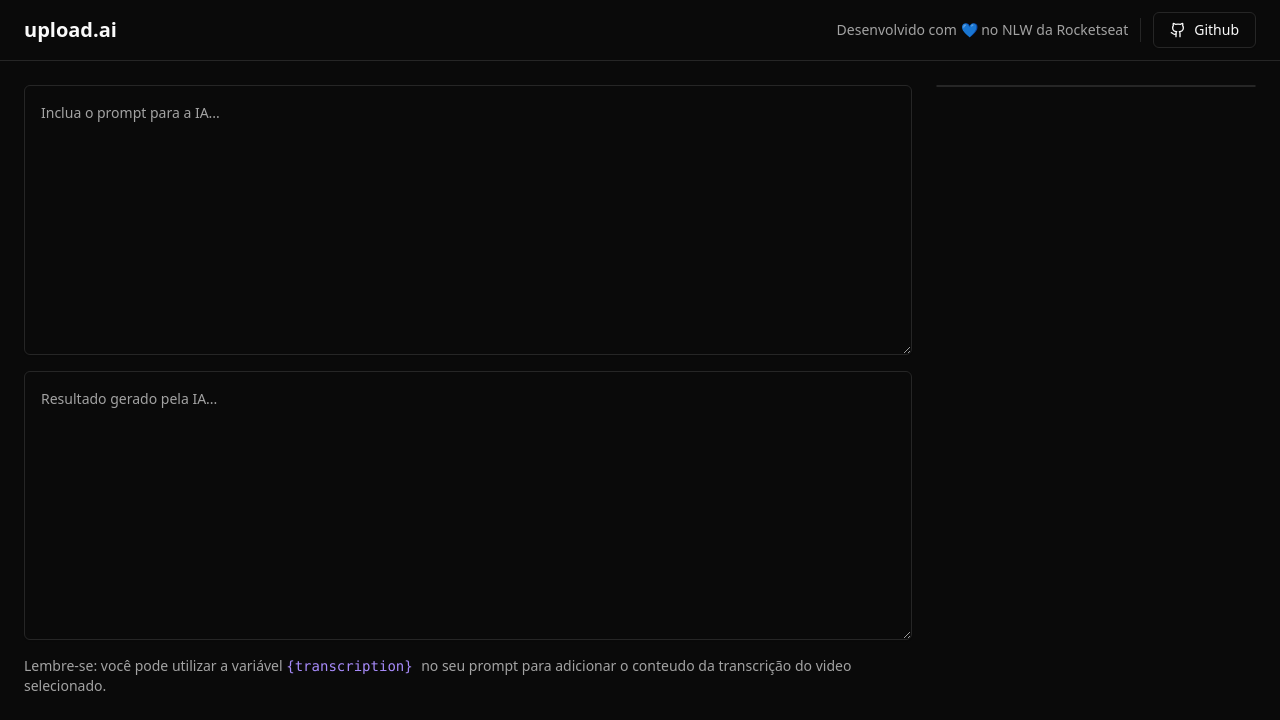
Repository: ricardolimati/upload-ai-web
Page: /
The author's editor kept a copy of each file at every save. The page is drawn from the files as they stood at one save, then again after the next save.
The browser window is 1280 px wide. The pictures show the whole page.
The project was rebuilt for these pictures with package versions that can differ from the ones it lists, and the page was loaded fresh each time. Also part of the build but not shown: vite.config.ts.

Above is the page before, as saved 2023-09-11 23:41:46.

### src/App.tsx
import {Github} from 'lucide-react'
import { Button } from "./components/ui/button";
import { Separator } from './components/ui/separator';
import { Textarea } from './components/ui/textarea';

export function App() {
  return(
   <div className="min-h-screen flex flex-col">
    <div className="px-6 py-3 flex items-center justify-between border-b">
      <h1 className="text-xl font-bold">upload.ai</h1>
      <div className="flex items-center gap-3">
        <span className="text-sm text-muted-foreground">
          Desenvolvido com 💙 no NLW da Rocketseat</span>
          <Separator orientation='vertical' className='h-6' />
        <Button variant="outline">
          <Github className="w-4 h-4 mr-2" />Github
        </Button>
      </div>
    </div>

    <main className="flex-1 p-6 flex gap-6">
      <div className="flex flex-col flex-1 gap-4">
        <div className="grid grid-rows-2 gap-4 flex-1">
          <Textarea
          className="resize-nome p-4 leading-relaxed"
          placeholder="Inclua o prompt para a IA..."
          />
          <Textarea
          className="resize-nome p-4 leading-relaxed"
          placeholder="Resultado gerado pela IA..."
          readOnly
           />
        </div>

        <p className="text-sm text-muted-foreground">
          Lembre-se: você pode utilizar a variável <code className="text-violet-400">{'{transcription}'} </code>
           no seu prompt para adicionar o conteudo da transcrição
          do video selecionado.</p>
      </div>
      <aside className="w-80 space-y-6">
        <form className="space-y-6" action="" method="post">
          <label
          htmlFor="video"
          className="border flex rounded-md"
          ></label>
          <input type="file" id="video" accept="video/mp4" className="sr-only"/>
        </form>
      </aside>
    </main>
   </div>
  )
}

### src/index.css
@tailwind base;
@tailwind components;
@tailwind utilities;

@layer base {
  :root {
    --background: 0 0% 3.9%;
    --foreground: 0 0% 98%;
    --card: 0 0% 3.9%;
    --card-foreground: 0 0% 98%;
    --popover: 0 0% 3.9%;
    --popover-foreground: 0 0% 98%;
    --primary: 0 72.2% 50.6%;
    --primary-foreground: 0 85.7% 97.3%;
    --secondary: 0 0% 14.9%;
    --secondary-foreground: 0 0% 98%;
    --muted: 0 0% 14.9%;
    --muted-foreground: 0 0% 63.9%;
    --accent: 0 0% 14.9%;
    --accent-foreground: 0 0% 98%;
    --destructive: 0 62.8% 30.6%;
    --destructive-foreground: 0 0% 98%;
    --border: 0 0% 14.9%;
    --input: 0 0% 14.9%;
    --ring: 0 72.2% 50.6%;

    --radius: 0.5rem;
  }
}

@layer base {
  * {
    @apply border-border;
  }
  body {
    @apply bg-background text-foreground;
  }
}

### src/components/ui/button.tsx
import * as React from "react"
import { Slot } from "@radix-ui/react-slot"
import { cva, type VariantProps } from "class-variance-authority"

import { cn } from "@/lib/utils"

const buttonVariants = cva(
  "inline-flex items-center justify-center rounded-md text-sm font-medium transition-colors focus-visible:outline-none focus-visible:ring-1 focus-visible:ring-ring disabled:pointer-events-none disabled:opacity-50",
  {
    variants: {
      variant: {
        default:
          "bg-primary text-primary-foreground shadow hover:bg-primary/90",
        destructive:
          "bg-destructive text-destructive-foreground shadow-sm hover:bg-destructive/90",
        outline:
          "border border-input bg-transparent shadow-sm hover:bg-accent hover:text-accent-foreground",
        secondary:
          "bg-secondary text-secondary-foreground shadow-sm hover:bg-secondary/80",
        ghost: "hover:bg-accent hover:text-accent-foreground",
        link: "text-primary underline-offset-4 hover:underline",
      },
      size: {
        default: "h-9 px-4 py-2",
        sm: "h-8 rounded-md px-3 text-xs",
        lg: "h-10 rounded-md px-8",
        icon: "h-9 w-9",
      },
    },
    defaultVariants: {
      variant: "default",
      size: "default",
    },
  }
)

export interface ButtonProps
  extends React.ButtonHTMLAttributes<HTMLButtonElement>,
    VariantProps<typeof buttonVariants> {
  asChild?: boolean
}

const Button = React.forwardRef<HTMLButtonElement, ButtonProps>(
  ({ className, variant, size, asChild = false, ...props }, ref) => {
    const Comp = asChild ? Slot : "button"
    return (
      <Comp
        className={cn(buttonVariants({ variant, size, className }))}
        ref={ref}
        {...props}
      />
    )
  }
)
Button.displayName = "Button"

export { Button, buttonVariants }

### src/components/ui/separator.tsx
import * as React from "react"
import * as SeparatorPrimitive from "@radix-ui/react-separator"

import { cn } from "@/lib/utils"

const Separator = React.forwardRef<
  React.ElementRef<typeof SeparatorPrimitive.Root>,
  React.ComponentPropsWithoutRef<typeof SeparatorPrimitive.Root>
>(
  (
    { className, orientation = "horizontal", decorative = true, ...props },
    ref
  ) => (
    <SeparatorPrimitive.Root
      ref={ref}
      decorative={decorative}
      orientation={orientation}
      className={cn(
        "shrink-0 bg-border",
        orientation === "horizontal" ? "h-[1px] w-full" : "h-full w-[1px]",
        className
      )}
      {...props}
    />
  )
)
Separator.displayName = SeparatorPrimitive.Root.displayName

export { Separator }

### src/components/ui/textarea.tsx
import * as React from "react"

import { cn } from "@/lib/utils"

export interface TextareaProps
  extends React.TextareaHTMLAttributes<HTMLTextAreaElement> {}

const Textarea = React.forwardRef<HTMLTextAreaElement, TextareaProps>(
  ({ className, ...props }, ref) => {
    return (
      <textarea
        className={cn(
          "flex min-h-[60px] w-full rounded-md border border-input bg-transparent px-3 py-2 text-sm shadow-sm placeholder:text-muted-foreground focus-visible:outline-none focus-visible:ring-1 focus-visible:ring-ring disabled:cursor-not-allowed disabled:opacity-50",
          className
        )}
        ref={ref}
        {...props}
      />
    )
  }
)
Textarea.displayName = "Textarea"

export { Textarea }

Loaded but not shown: index.html (common file); src/main.tsx (common file); src/lib/utils.ts (common file); tailwind.config.js (common file)

After the next save:
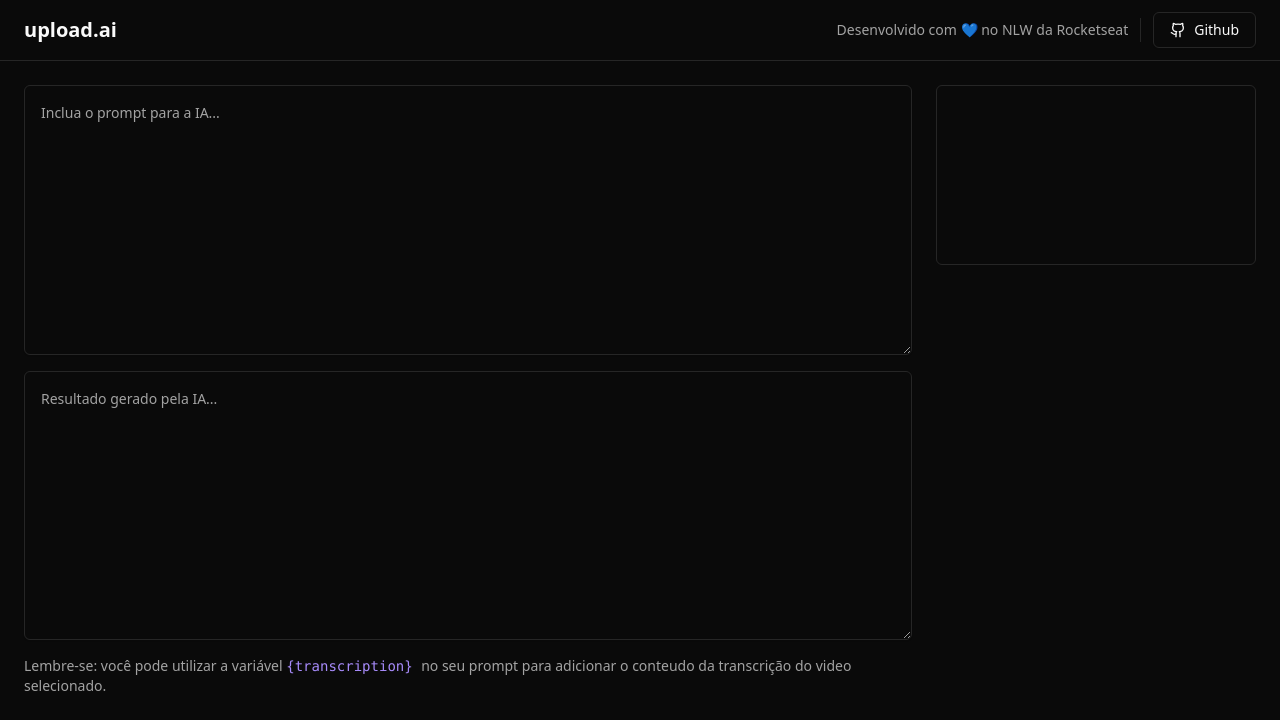
Saved 5 s later.
--- a/src/App.tsx
+++ b/src/App.tsx
@@ -41,7 +41,7 @@ export function App() {
         <form className="space-y-6" action="" method="post">
           <label
           htmlFor="video"
-          className="border flex rounded-md"
+          className="border flex rounded-md aspect-video"
           ></label>
           <input type="file" id="video" accept="video/mp4" className="sr-only"/>
         </form>
